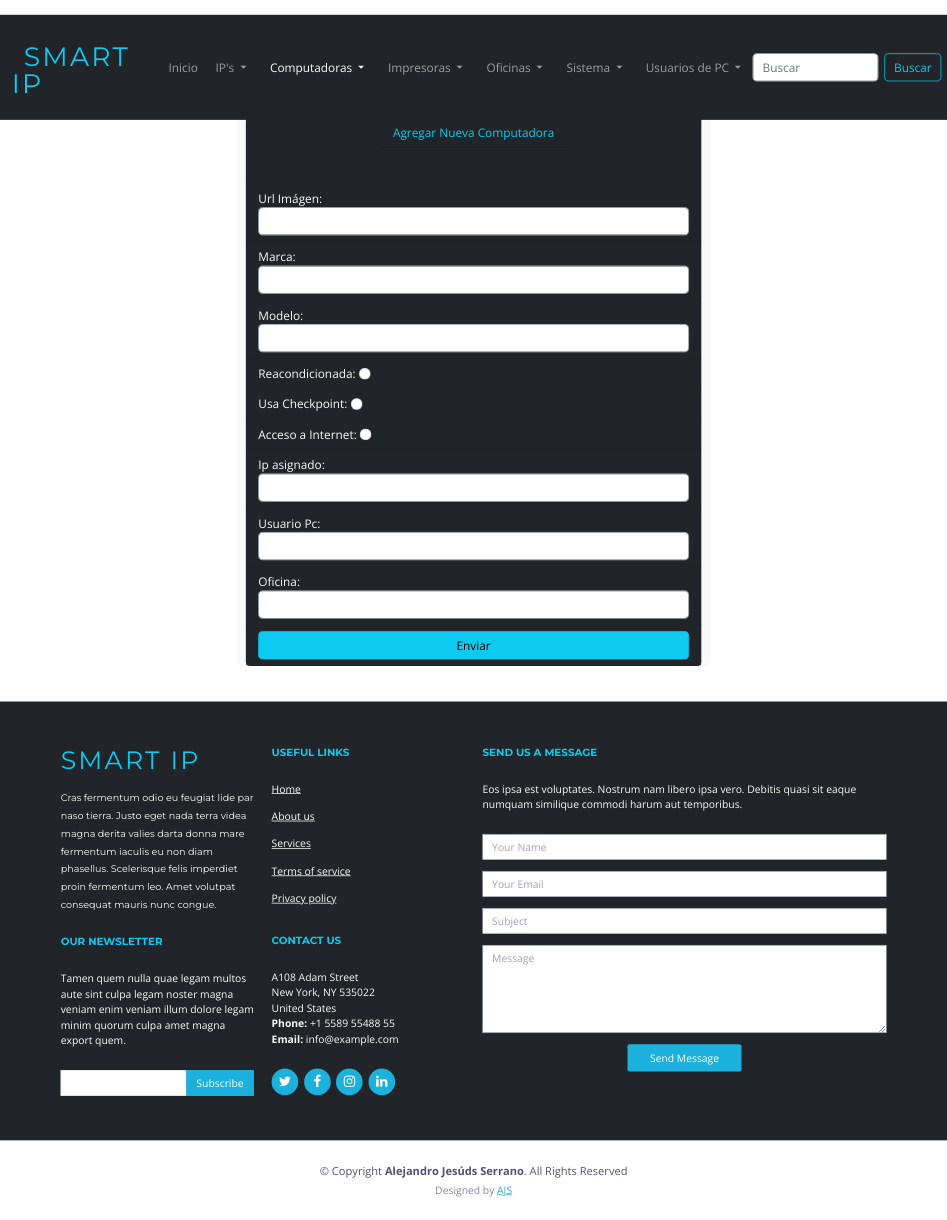
Repository: AlejandroJesusSerrano/SmartIPs
Page: smartip/smartipnav/templates/smartipnav/computer_form.html
The author's editor kept a copy of each file at every save. The page is drawn from the files as they stood at one save, then again after the next save.
The browser window is 1280 px wide. The pictures show the whole page, at 74% of full size.
The page is served by the project's application, run on Django 4.2 (smartip/manage.py). The template is opened directly, without the code that normally fills it, so the values that code supplies are empty.

Above is the page before, as saved 2022-11-14 13:15:57.

After the next save:
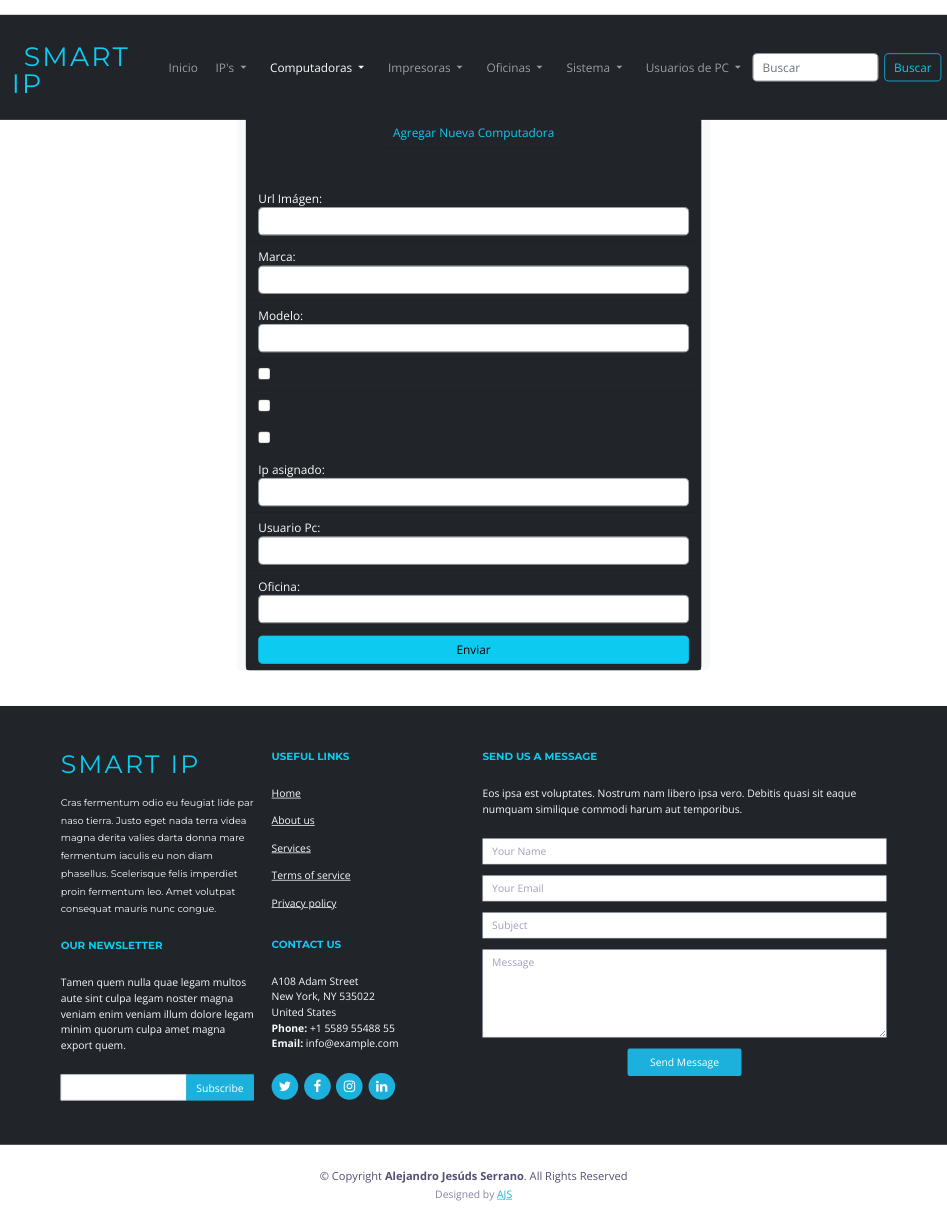
Saved 4 min 20 s later.
--- a/smartip/smartipnav/templates/smartipnav/computer_form.html
+++ b/smartip/smartipnav/templates/smartipnav/computer_form.html
@@ -27,22 +27,28 @@
                         <input class="form-control" type="text" name="computer_model" id="computer_model">
                     </li>
                     <li class="list-group-item bg-dark">
-                        <label class="form-check-label text-light" for="flexRadioDefault1">
-                            Reacondicionada:
-                        </label>
-                        <input class="form-check-input" type="radio" name="flexRadioDefault" id="flexRadioDefault1">
+                        <div class="form-check">
+                            <input class="form-check-input" type="checkbox" value="" id="flexCheckDefault">
+                            <label class="form-check-label" for="flexCheckDefault">
+                                Reacondicionada:
+                            </label>
+                        </div>
                     </li>
                     <li class="list-group-item bg-dark">
-                        <label class="form-check-label text-light" for="flexRadioDefault1">
-                            Usa Checkpoint:
-                        </label>
-                        <input class="form-check-input" type="radio" name="flexRadioDefault" id="flexRadioDefault1">
+                        <div class="form-check">
+                            <input class="form-check-input" type="checkbox" value="" id="flexCheckDefault">
+                            <label class="form-check-label" for="flexCheckDefault">
+                                Usa Checkpoint:
+                            </label>
+                        </div>
                     </li>
                     <li class="list-group-item bg-dark">
-                        <label class="form-check-label text-light" for="flexRadioDefault1">
-                            Acceso a Internet:
-                        </label>
-                        <input class="form-check-input" type="radio" name="flexRadioDefault" id="flexRadioDefault1">
+                        <div class="form-check">
+                            <input class="form-check-input" type="checkbox" value="" id="flexCheckDefault">
+                            <label class="form-check-label" for="flexCheckDefault">
+                                Acceso a Internet:
+                            </label>
+                        </div>
                     </li>
                     <li class="list-group-item bg-dark">
                         <label class="form-control-label text-light" for="computer_ip">Ip asignado: </label>
